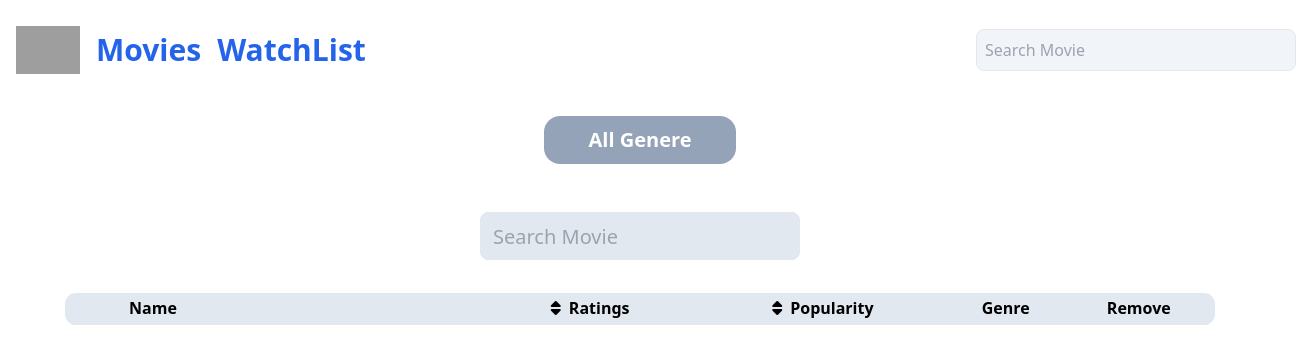
Repository: swapnil0663/MovieApp
Page: /watchList
An editor plug-in stored every save of this project. The page is shown before and after the next save, followed by the edit.
The browser window is 1280 px wide. The page is 1296 px wide, so the pictures cover 1296 px, including what lies to the right of the window. The pictures show the whole page.
Pictures or frames that could not be fetched are drawn as grey boxes. Some web fonts or font styles are not loaded; a fallback is used. The project was rebuilt for these pictures with package versions that can differ from the ones it lists, and the page was loaded fresh each time. Also part of the build but not shown: vite.config.js, src/Components/Banner.jsx, src/Components/Paging.jsx, src/Components/MovieCard.jsx, src/redux/Movies/movieThung.js, src/Components/Movie.jsx, src/Components/TBan.jsx.

Above is the page before, as saved 2025-01-04 00:18:34.

### index.html
<!doctype html>
<html lang="en">
  <head>

    <meta charset="UTF-8" />
    <link rel="stylesheet" href="https://cdnjs.cloudflare.com/ajax/libs/font-awesome/6.7.0/css/all.min.css" integrity="sha512-9xKTRVabjVeZmc+GUW8GgSmcREDunMM+Dt/GrzchfN8tkwHizc5RP4Ok/MXFFy5rIjJjzhndFScTceq5e6GvVQ==" crossorigin="anonymous" referrerpolicy="no-referrer" />
    <link rel="icon" type="image/svg+xml" href="/vite.svg" />
    <meta name="viewport" content="width=device-width, initial-scale=1.0" />
    <title>Movies</title>
    <link rel="stylesheet" href="https://rsms.me/inter/inter.css">

  </head>
  <body>
    <div id="root"></div>
    <script type="module" src="/src/main.jsx"></script>
  </body>

</html>

### src/main.jsx
import { StrictMode } from "react";
import { createRoot } from "react-dom/client";
import { Provider } from "react-redux";
import "./index.css";
import App from "./App.jsx";
import store from "./redux/store";

createRoot(document.getElementById("root")).render(
  <StrictMode>
    <Provider store={store}>
      <App />
    </Provider>
  </StrictMode>
);

### src/index.css
@tailwind base;
@tailwind components;
@tailwind utilities;

/*
* {
    margin: 0;
    padding: 0;
    box-sizing: border-box;
}  */

### src/App.jsx
import { BrowserRouter, Routes, Route } from "react-router-dom";
import { useState, useEffect } from "react";
import "./App.css";
import Banner from "./Components/Banner";
import Movie from "./Components/Movie";
import Navbar from "./Components/Navbar";
import WatchList from "./Components/WatchList";
import TBan from "./Components/TBan";
import MovieContext from "./Context/MovieContext";

function App() {
  const [watchList, setWatchList] = useState(
    JSON.parse(localStorage.getItem("watchList")) || []
  );

  const addToWatchList = (movieToadd) => {
    const newWatchList = [...watchList, movieToadd];
    setWatchList(newWatchList);
  };

  const removeFromWatchList = (movieToRemove) => {
    const newWatchList = watchList.filter(
      (movieObj) => movieObj.id !== movieToRemove.id
    );
    setWatchList(newWatchList);
  };

  useEffect(() => {
    localStorage.setItem("watchList", JSON.stringify(watchList));
  }, [watchList]);

  return (
    <BrowserRouter>
      <Navbar />

      <MovieContext.Provider
        value={{ watchList, addToWatchList, removeFromWatchList, setWatchList }}
      >
        <Routes>
          <Route
            path="/"
            element={
              <>
                <Banner />
                <TBan />
                {/* <PagingContext.Provider
                  value={{ pageno, handleprev, handlenext }}
                > */}
                  <Movie
                  // watchList={watchList}
                  // addToWatchList={addToWatchList}
                  // removeFromWatchList={removeFromWatchList}
                  />
                {/* </PagingContext.Provider> */}
              </>
            }
          />
          <Route
            path="/watchList"
            element={
              <WatchList
              // movies = {watchList}
              // removeFromWatchList = {removeFromWatchList}
              // setWatchList={setWatchList}
              />
            }
          />
        </Routes>
      </MovieContext.Provider>
    </BrowserRouter>
  );
}

export default App;

// https://api.themoviedb.org/3/movie/popular?language=en-US&page=1
// API -> 14915bb7694a0701b51a3b7146b944e2

### src/redux/store.js
import { configureStore } from "@reduxjs/toolkit";
import PagingSlice from "./PagingSlice";
import movieSlice from "./Movies/movieSlice";

const store = configureStore({
    reducer: {
        pagingState : PagingSlice.reducer,
        movieState : movieSlice.reducer,
    }
})

export default store;

### src/Components/Navbar.jsx
import { useDispatch } from "react-redux";
import { updateSearch } from "../redux/SearchSlice"; // Create a Redux slice for search functionality
import { Link } from "react-router-dom";

export default function Navbar() {
  const dispatch = useDispatch();

  const handleSearchChange = (e) => {
    dispatch(updateSearch(e.target.value)); // Update the global search state
  };

  return (
    <div className="flex items-center m-4 w-screen justify-between">
      <div className="flex items-center">
        <img
          className="h-12"
          src="https://www.freeiconspng.com/thumbs/movie-icon/movie-icon-24.png"
          alt="Movie Logo"
        />
        <Link className="m-4 text-blue-600 text-3xl font-bold" to="/">
          Movies
        </Link>
        <Link className="text-blue-600 text-3xl font-bold" to="/watchList">
          WatchList
        </Link>
      </div>
      <input
        className="w-[20rem] bg-slate-100 border p-2 rounded-lg"
        type="text"
        placeholder="Search Movie"
        onChange={handleSearchChange}
      />
    </div>
  );
}

### src/Components/WatchList.jsx
import MovieContext from "../Context/MovieContext";
import { BASE_URL, GENRES_TO_MAPPING, ALL_GENERE } from "../utils/BaseUrl";
import { useContext, useEffect, useState } from "react";

export default function WatchList() {
  const [generes, setGenere] = useState([ALL_GENERE]);
  const [selectedGener, setSelectedGenere] = useState(ALL_GENERE);
  const [search, setSearch] = useState("");
  const [isTitleAsc, setIsTitleAsc] = useState(true);
  const [isRatingAsc, setIsRatingAsc] = useState(true);
  const [isPopularityAsc, setIsPopularityAsc] = useState(true);

  const {watchList:movies,setWatchList,removeFromWatchList} = useContext(MovieContext);

  function sortByTitle() {
    const sorted = [...movies].sort((movieA, movieB) => {
      return isTitleAsc
        ? movieA.title.localeCompare(movieB.title)
        : movieB.title.localeCompare(movieA.title);
    });
    setWatchList(sorted);
    setIsTitleAsc(!isTitleAsc);
  }

  function sortByRatings() {
    const sorted = [...movies].sort((movieA, movieB) => {
      return isRatingAsc
        ? movieA.vote_average - movieB.vote_average
        : movieB.vote_average - movieA.vote_average;
    });
    setWatchList(sorted);
    setIsRatingAsc(!isRatingAsc);
  }

  function sortByPopularity() {
    const sorted = [...movies].sort((movieA, movieB) => {
      return isPopularityAsc
        ? movieA.popularity - movieB.popularity
        : movieB.popularity - movieA.popularity;
    });
    setWatchList(sorted);
    setIsPopularityAsc(!isPopularityAsc);
  }

  useEffect(() => {
    const genereList = movies.map(
      (movie) => GENRES_TO_MAPPING[movie.genre_ids[0]] || "Unknown"
    );
    const uniqueGenereList = [...new Set(genereList)];
    setGenere([ALL_GENERE, ...uniqueGenereList]);
  }, [movies]);

  return (
    <>
      <div className="flex flex-col items-center justify-center ">
        <div className="flex w-[90%] my-4 justify-around flex-wrap gap-4">
          {generes.map((genere, index) => (
            <div
              key={index}
              onClick={() => setSelectedGenere(genere)}
              className={`bg-slate-400 cursor-pointer text-white h-[3rem] w-[12rem] flex items-center justify-center text-xl font-bold rounded-2xl ${
                genere === selectedGener ? "bg-blue-400" : ""
              }`}
            >
              {genere}
            </div>
          ))}
        </div>
        <input
          value={search}
          className="bg-slate-200 border px-3 m-8 h-[3rem] w-[20rem] text-xl rounded-lg"
          type="text"
          placeholder="Search Movie"
          onChange={(e) => setSearch(e.target.value)}
        />
        <table className="rounded-xl border w-[90%] overflow-hidden">
          <thead className="bg-slate-200 h-8 rounded-lg">
            <tr className="border-b-2 text-left">
              <th onClick={sortByTitle} className="px-16 cursor-pointer">
                Name
              </th>
              <th className="text-center">
                <i
                  onClick={sortByRatings}
                  className="fa-solid fa-sort mx-2 cursor-pointer"
                ></i>
                Ratings
              </th>
              <th className="text-center">
                <i
                  onClick={sortByPopularity}
                  className="fa-solid fa-sort mx-2 cursor-pointer"
                ></i>
                Popularity
              </th>
              <th className="text-center">Genre</th>
              <th className="text-center">Remove</th>
            </tr>
          </thead>
          <tbody>
            {movies
              .filter(
                (movie) =>
                  selectedGener === ALL_GENERE ||
                  selectedGener === GENRES_TO_MAPPING[movie.genre_ids[0]]
              )
              .filter((movie) =>
                movie.title.toLowerCase().includes(search.toLowerCase())
              )
              .map((movie) => (
                <tr key={movie.id} className="border-2 hover:bg-slate-100">
                  <td className="flex m-4 gap-8 items-center font-bold">
                    <img
                      className="h-32 w-50 rounded-lg"
                      src={BASE_URL + movie.backdrop_path}
                      alt="Poster"
                    />
                    {movie.title}
                  </td>
                  <td className="text-zinc-600 text-center">
                    {movie.vote_average}
                  </td>
                  <td className="text-zinc-600 text-center">
                    {movie.popularity}
                  </td>
                  <td className="text-zinc-600 text-center">
                    {GENRES_TO_MAPPING[movie.genre_ids[0]] || "Unknown"}
                  </td>
                  <td className="text-center">
                    <button
                      onClick={() => removeFromWatchList(movie)}
                      className="text-red-600 cursor-pointer"
                    >
                      <i className="fa-solid fa-trash"></i>
                    </button>
                  </td>
                </tr>
              ))}
          </tbody>
        </table>
      </div>
    </>
  );
}

### src/Context/MovieContext.js
import { createContext }   from 'react';

const MovieContext = createContext();

export default MovieContext;

### src/redux/PagingSlice.js
import { createSlice } from "@reduxjs/toolkit";

const PagingSlice = createSlice({
    name : "PagingSlice",
    initialState : {
        pageno : 1,
    },
    reducers : {
        handleprev : (State) => {
            if(State.pageno > 1){
                State.pageno -= 1;
            }
        },
        handlenext : (state) => {
            state.pageno += 1;
        }
    }
})

export default PagingSlice;

### src/redux/Movies/movieSlice.js
import { createSlice } from "@reduxjs/toolkit";

    const movieSlice = createSlice({
        name : 'movieSlice',
        initialState : {
            movies : [],
            isLoading : true,
            error : false
        },
        reducers : {
            setMovies : (state, descObj) => {
                state.movies = descObj.payload;
                state.isLoading = false;
                state.error = false;
            },
            setLoading : (state) => {
                state.isLoading = true;
                state.error = false;
                state.movies = [];
            },
            setError : (state) => {
                state.error = true;
                state.isLoading = false;
                state.movies = [];
            }
        }
    })

    export default movieSlice;

### src/utils/BaseUrl.jsx

export const BASE_URL = 'https://image.tmdb.org/t/p/w500/';

export const ALL_GENERE = "All Genere"

export const GENRES_TO_MAPPING = {
    28: "Action",
    12: "Adventure",
    16: "Animation",
    35: "Comedy",
    80: "Crime",
    99: "Documentary",
    18: "Drama",
    10751: "Family",
    14: "Fantasy",
    36: "History",
    27: "Horror",
    10402: "Music",
    9648: "Mystery",
    10749: "Romance",
    878: "Science Fiction",
    10770: "TV Movie",
    53: "Thriller",
    10752: "War",
    37: "Western"
};

### src/redux/searchSlice.js
import { createSlice } from "@reduxjs/toolkit";

const SearchSlice = createSlice({
  name: "search",
  initialState: { query: "" },
  reducers: {
    updateSearch: (state, action) => {
      state.query = action.payload;
    },
  },
});

export const { updateSearch } = SearchSlice.actions;
export default SearchSlice.reducer;

Loaded but not shown: src/App.css (common file); tailwind.config.js (common file)

After the next save:
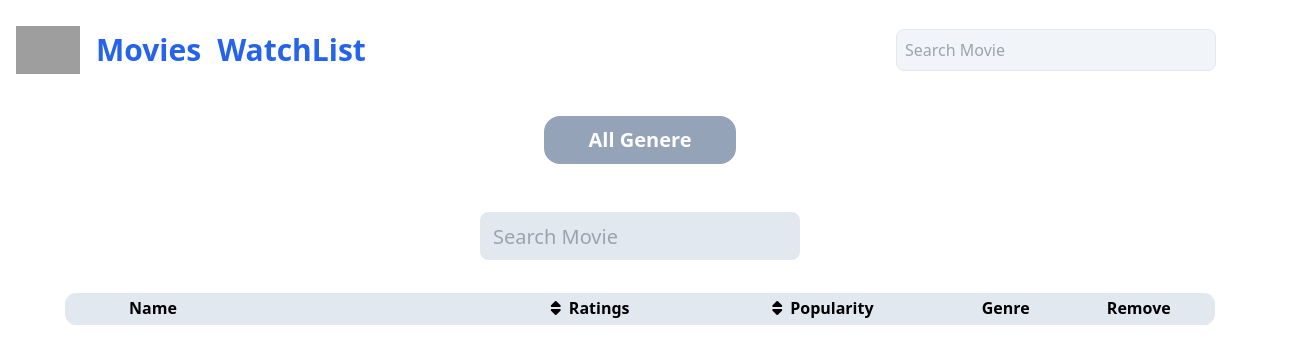
Saved 45 s later.
--- a/src/Components/Navbar.jsx
+++ b/src/Components/Navbar.jsx
@@ -1,34 +1,36 @@
-import { useDispatch } from "react-redux";
-import { updateSearch } from "../redux/SearchSlice"; // Create a Redux slice for search functionality
+import { useEffect, useState } from "react";
 import { Link } from "react-router-dom";
 
 export default function Navbar() {
-  const dispatch = useDispatch();
+  const [search, setSearch] = useState("");
 
-  const handleSearchChange = (e) => {
-    dispatch(updateSearch(e.target.value)); // Update the global search state
-  };
+  useEffect(() => {
 
+  },[search])
   return (
     <div className="flex items-center m-4 w-screen justify-between">
       <div className="flex items-center">
         <img
           className="h-12"
           src="https://www.freeiconspng.com/thumbs/movie-icon/movie-icon-24.png"
-          alt="Movie Logo"
         />
         <Link className="m-4 text-blue-600 text-3xl font-bold" to="/">
-          Movies
+          {" "}
+          Movies{" "}
         </Link>
         <Link className="text-blue-600 text-3xl font-bold" to="/watchList">
+          {" "}
           WatchList
         </Link>
       </div>
       <input
-        className="w-[20rem] bg-slate-100 border p-2 rounded-lg"
+      value={search}
+        className=" w-[20rem] bg-slate-100 border p-2 mx-20 rounded-lg"
         type="text"
         placeholder="Search Movie"
-        onChange={handleSearchChange}
+        onChange={(e) => {
+            setSearch(e.target.value);
+        }}
       />
     </div>
   );
